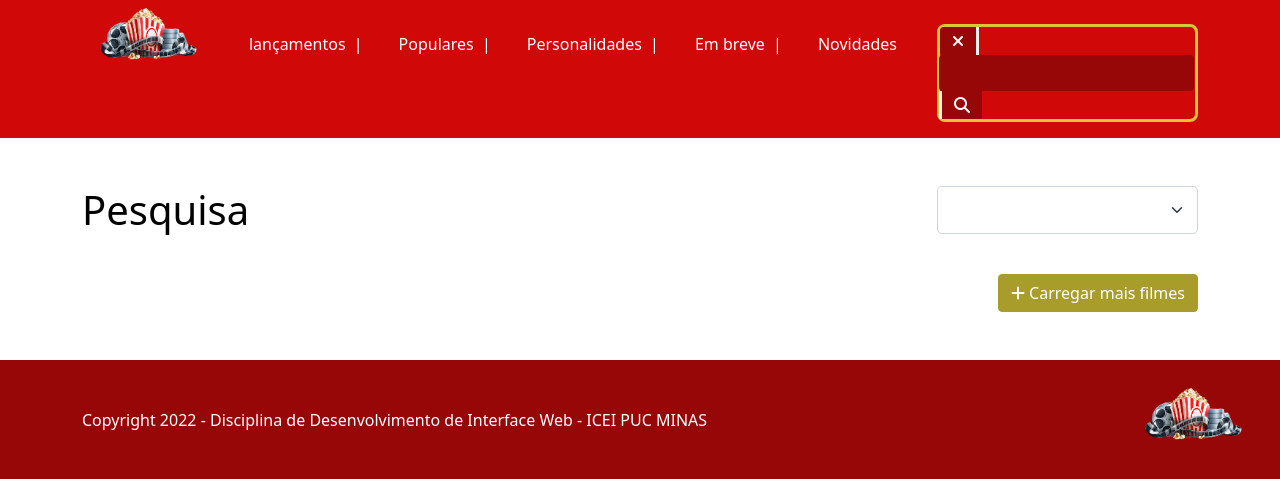
Repository: PedroH-Santos/portalFilmes-Html-JS
Page: Trabalho01-Web/pesquisa.html
The author's editor kept a copy of each file at every save. The page is drawn from the files as they stood at one save, then again after the next save.
The browser window is 1280 px wide. The pictures show the whole page.
The page's requests for data from a server got no answer. Some web libraries are served in a nearby version.

Above is the page before, as saved 2022-06-09 19:53:33.
Console error (its wording comes from the project's code and is left out).

After the next save:
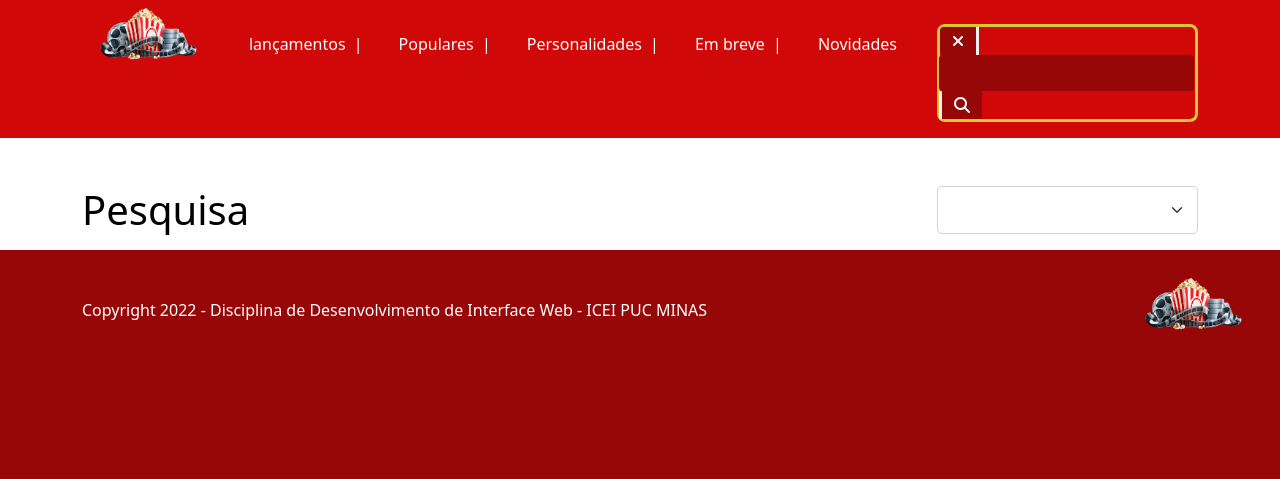
Saved 7 s later.
--- a/Trabalho01-Web/pesquisa.html
+++ b/Trabalho01-Web/pesquisa.html
@@ -111,17 +111,7 @@
                 <div class="searchData">
 
                 </div>
-                <div class="row">
-                    <div class="col-xl-6 mt-4">
 
-                    </div>
-                    <div class="col-xl-6 mt-4 d-flex justify-content-end mb-5">
-                        <button type="button" class="btn btn-primary btn-md addPagePopulars"><i class="fas fa-plus"></i>
-                            Carregar mais
-                            filmes</button>
-                    </div>
-
-                </div>
             </div>
 
         </section>
